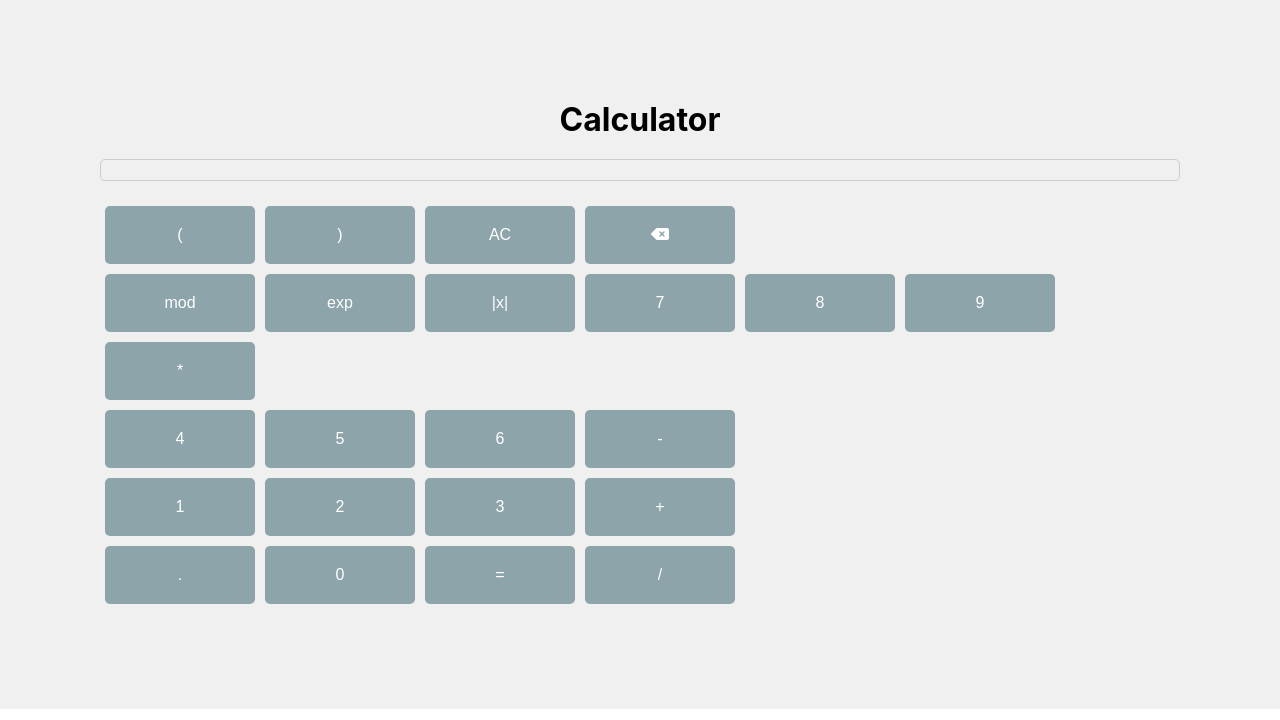
Repository: thesaherriaz/Calculator-React
Page: /
These files come from the project's save history. The page is drawn as it stood at one moment and after the next save; the edit follows.
The browser window is 1280 px wide. The pictures show the whole page.
The project was rebuilt for these pictures with package versions that can differ from the ones it lists, and the page was loaded fresh each time.

Above is the page before, as saved 2025-06-18 15:30:23.

### public/index.html
<!DOCTYPE html>
<html lang="en">
  <head>
    <meta charset="utf-8" />
    <link rel="icon" href="%PUBLIC_URL%/favicon.ico" />
    <meta name="viewport" content="width=device-width, initial-scale=1" />
    <meta name="theme-color" content="#000000" />
    <meta
      name="description"
      content="Web site created using create-react-app"
    />
    <link rel="apple-touch-icon" href="%PUBLIC_URL%/logo192.png" />
    <link rel="stylesheet" href="https://cdnjs.cloudflare.com/ajax/libs/font-awesome/6.0.0/css/all.min.css">
    <!--
      manifest.json provides metadata used when your web app is installed on a
      user's mobile device or desktop. See https://developers.google.com/web/fundamentals/web-app-manifest/
    -->
    <link rel="manifest" href="%PUBLIC_URL%/manifest.json" />
    <!--
      Notice the use of %PUBLIC_URL% in the tags above.
      It will be replaced with the URL of the `public` folder during the build.
      Only files inside the `public` folder can be referenced from the HTML.

      Unlike "/favicon.ico" or "favicon.ico", "%PUBLIC_URL%/favicon.ico" will
      work correctly both with client-side routing and a non-root public URL.
      Learn how to configure a non-root public URL by running `npm run build`.
    -->
    <title>React App</title>
  </head>
  <body>
    <noscript>You need to enable JavaScript to run this app.</noscript>
    <div id="root"></div>
    <!--
      This HTML file is a template.
      If you open it directly in the browser, you will see an empty page.

      You can add webfonts, meta tags, or analytics to this file.
      The build step will place the bundled scripts into the <body> tag.

      To begin the development, run `npm start` or `yarn start`.
      To create a production bundle, use `npm run build` or `yarn build`.
    -->
  </body>
</html>

### src/App.js
import React from 'react'
import Calculator from './compnents/Calculator'

function App() {
  return (
    <Calculator />
  )
}

export default App

### src/compnents/Calculator.jsx
import React from 'react'
import './Calculator.css'
import { useState } from 'react'

function Calculator() {
    const [input, setInput] = useState('');
    const [result, setResult] = useState('');
    const handleClick = (value) => {
        return () => {
            const input = document.getElementById('input');
            if (value === 'AC') {
                setInput('');
            } else if (value === 'DEL') {
                setInput(input.value.slice(0, -1));
            } else if (value === '=') {
                try {
                    setResult(eval(input));
                    setInput('');
                } catch (error) {
                    setInput('Error');
                }
            } else {
                setInput(input + value);
            }
        };
    }
  return (
    <>
        <div className="Calculator">
            <h1>Calculator</h1>
            <div className="input">{input}</div>
            <div className="result">{result}</div>
            <div>
                <button className='btn-cal'onClick={handleClick('(')}>(</button>
                <button className='btn-cal'onClick={handleClick(')')}>)</button>
                <button className='btn-cal'onClick={handleClick('AC')}>AC</button>
                <button className='btn-cal'onClick={handleClick('DEL')}><i class="fa-solid fa-delete-left"></i></button> <br />
                <button className='btn-cal'onClick={handleClick('mod')}>mod</button>
                <button className='btn-cal'onClick={handleClick('exp')}>exp</button>
                <button className='btn-cal'onClick={handleClick('|x|')}>|x|</button>
                <button className='btn-cal'onClick={handleClick('7')}>7</button>
                <button className='btn-cal'onClick={handleClick('8')}>8</button>
                <button className='btn-cal'onClick={handleClick('9')}>9</button>
                <button className='btn-cal'onClick={handleClick('*')}>*</button> <br />
                <button className='btn-cal'onClick={handleClick('4')}>4</button>
                <button className='btn-cal'onClick={handleClick('5')}>5</button>
                <button className='btn-cal'onClick={handleClick('6')}>6</button>
                <button className='btn-cal'onClick={handleClick('-')}>-</button> <br />
                <button className='btn-cal'onClick={handleClick('1')}>1</button>
                <button className='btn-cal'onClick={handleClick('2')}>2</button>
                <button className='btn-cal'onClick={handleClick('3')}>3</button>
                <button className='btn-cal'onClick={handleClick('+')}>+</button> <br />
                <button className='btn-cal'onClick={handleClick('.')}>.</button>
                <button className='btn-cal'onClick={handleClick('0')}>0</button>
                <button className='btn-cal'onClick={handleClick('=')}>=</button>
                <button className='btn-cal'onClick={handleClick('/')}>/</button>
            </div>
        </div>
    </>
  )
}

export default Calculator

### src/compnents/Calculator.css
*{
    box-sizing: border-box;
    margin: 0;
    padding: 0;

}
.Calculator {
  display: flex;
  flex-direction: column;
  align-items: center;
  justify-content: center;
  /* height: 100vh; */
  background-color: #f0f0f0;
  padding: 100px;
}
.btn-cal{
  background-color: #8ea4ab;
  width: 150px;
  color: white;
  border: none;
  padding: 20px;
  font-size: 16px;
  cursor: pointer;
  border-radius: 5px;
  margin: 5px;
  transition: background-color 0.3s ease;
}

.input {
  width: 100%;
  padding: 10px;
  font-size: 16px;
  border: 1px solid #ccc;
  border-radius: 5px;
  margin: 20px;
}

Loaded but not shown: src/index.js (common file); src/index.css (common file); src/reportWebVitals.js (common file)

After the next save:
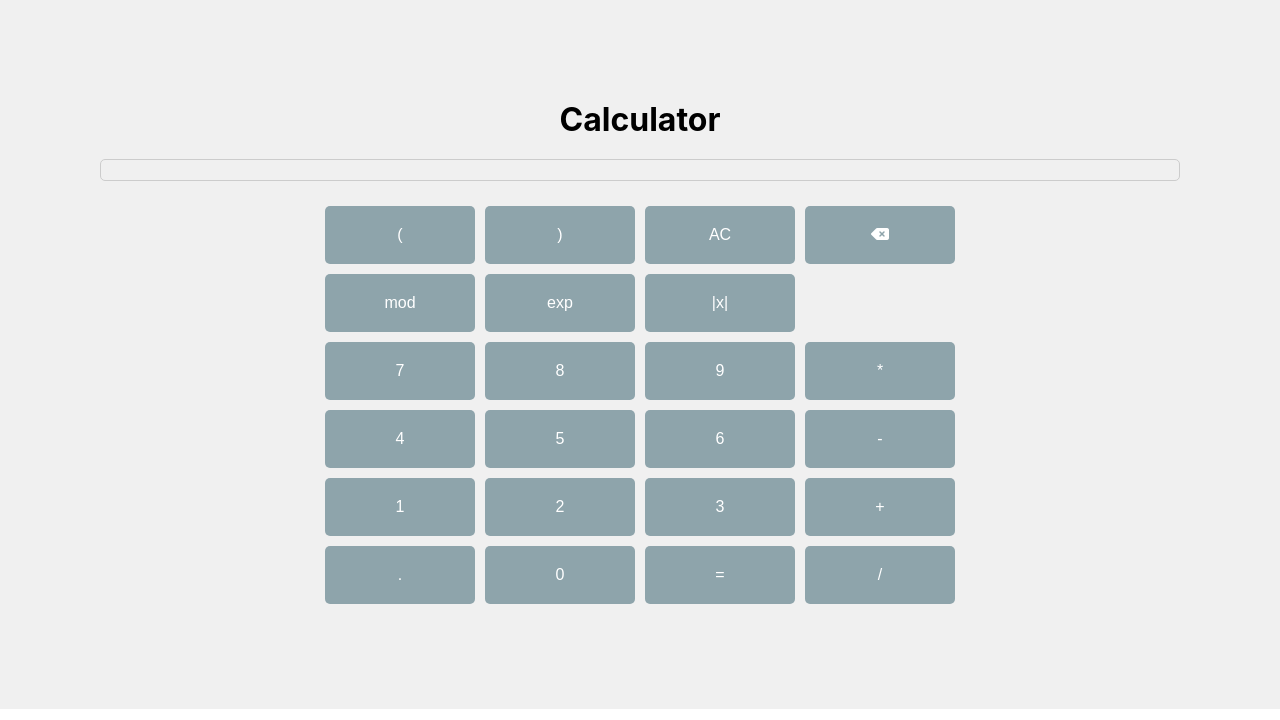
Saved 15 s later.
--- a/src/compnents/Calculator.jsx
+++ b/src/compnents/Calculator.jsx
@@ -37,7 +37,7 @@ function Calculator() {
                 <button className='btn-cal'onClick={handleClick('DEL')}><i class="fa-solid fa-delete-left"></i></button> <br />
                 <button className='btn-cal'onClick={handleClick('mod')}>mod</button>
                 <button className='btn-cal'onClick={handleClick('exp')}>exp</button>
-                <button className='btn-cal'onClick={handleClick('|x|')}>|x|</button>
+                <button className='btn-cal'onClick={handleClick('|x|')}>|x|</button><br />
                 <button className='btn-cal'onClick={handleClick('7')}>7</button>
                 <button className='btn-cal'onClick={handleClick('8')}>8</button>
                 <button className='btn-cal'onClick={handleClick('9')}>9</button>
